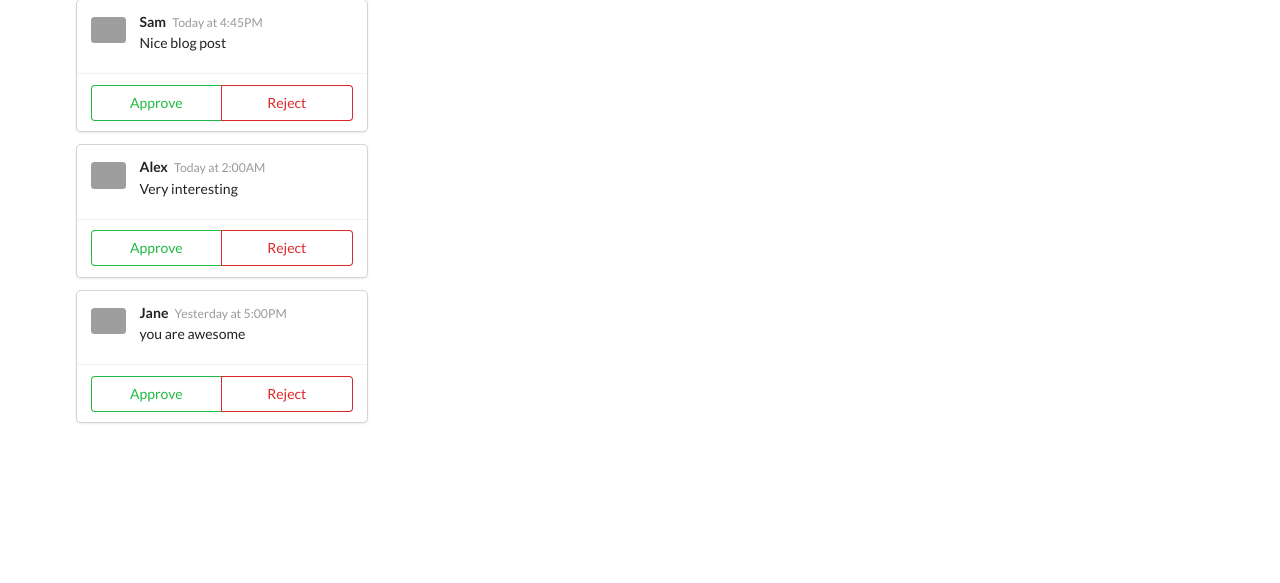
Repository: EgorSherstnev/Components
Page: /
These files come from the project's save history. The page is drawn as it stood at one moment and after the next save; the edit follows.
The browser window is 1280 px wide. The pictures show the whole page.
Pictures or frames that could not be fetched are drawn as grey boxes. The project was rebuilt for these pictures with package versions that can differ from the ones it lists, and the page was loaded fresh each time.

Above is the page before, as saved 2022-09-19 22:53:34.

### src/index.js
import React from "react";
import  ReactDOM  from "react-dom";
import { faker } from "@faker-js/faker";
import CommentDetail from "./CommentDetail";
import ApprovalCard from "./ApprovalCard";

const App = () => {
    return (
        <div className="ui container comments">
          <ApprovalCard>
               <CommentDetail
                    author="Sam"
                    timeAgo="Today at 4:45PM"
                    content="Nice blog post"
                    avatar={faker.image.avatar()} />
          </ApprovalCard>
          <ApprovalCard>
               <CommentDetail
                    author="Alex"
                    timeAgo="Today at 2:00AM"
                    content="Very interesting"
                    avatar={faker.image.avatar()} />
          </ApprovalCard>
          <ApprovalCard>
               <CommentDetail
                    author="Jane"
                    timeAgo="Yesterday at 5:00PM"
                    content="you are awesome"
                    avatar={faker.image.avatar()} />
          </ApprovalCard>
        </div>
    );
};

ReactDOM.render(<App />, document.querySelector('#root'))

### src/CommentDetail.js
import React from "react";

const CommentDetail = props => {
    return (
        <div className="comment">
                <a href="/" className="avatar">
                    <img alt="avatar" src={props.avatar}/>
                </a>
                <div className="content">
                    <a href="/" className="author">
                        {props.author}
                    </a>
                    <div className="metadata">
                        <span className="date">{props.timeAgo}</span>
                    </div>
                    <div className="text">{props.content}</div>
                </div>
            </div>
    );
};

export default CommentDetail;

### src/ApprovalCard.js
import React from "react";

const ApprovalCard = props => {
    return (
        <div className="ui card">
            <div className="content">
                {props.children}
            </div>
            <div className="extra content">
                <div className="ui two buttons">
                    <div className="ui basic green button">
                        Approve
                    </div>
                    <div className="ui basic red button">Reject</div>
                </div>
            </div>
        </div>
    );
};

export default ApprovalCard;

Loaded but not shown: public/index.html (common file)

After the next save:
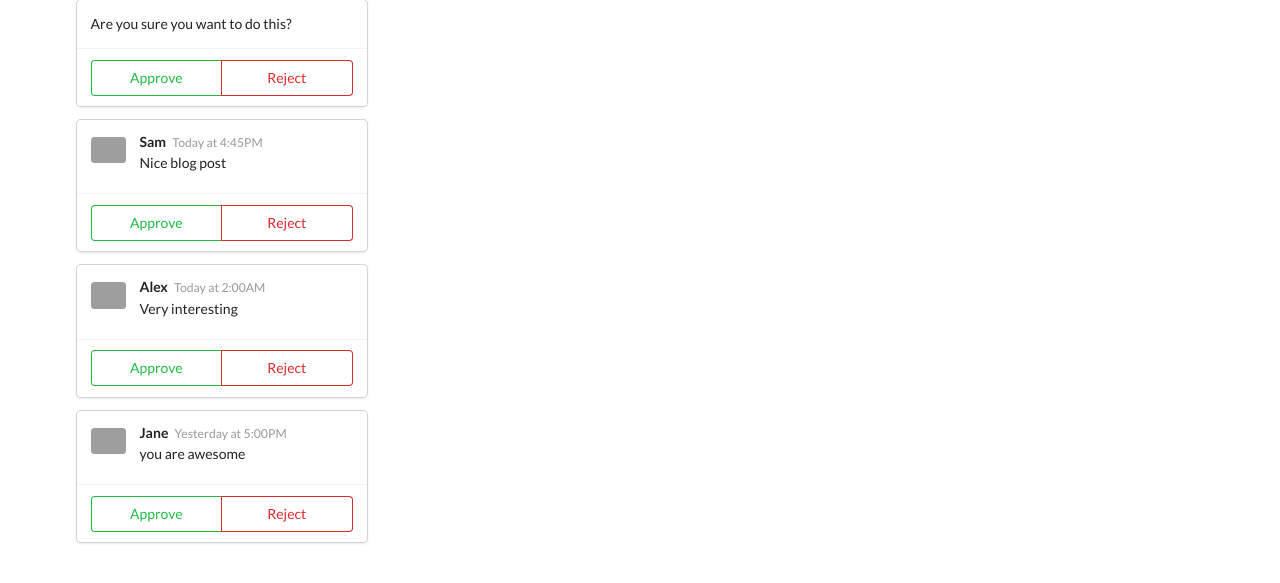
Saved 4 min 23 s later.
--- a/src/index.js
+++ b/src/index.js
@@ -7,6 +7,10 @@ import ApprovalCard from "./ApprovalCard";
 const App = () => {
     return (
         <div className="ui container comments">
+          <ApprovalCard>
+               Are you sure you want to do this?
+          </ApprovalCard>
+
           <ApprovalCard>
                <CommentDetail
                     author="Sam"
